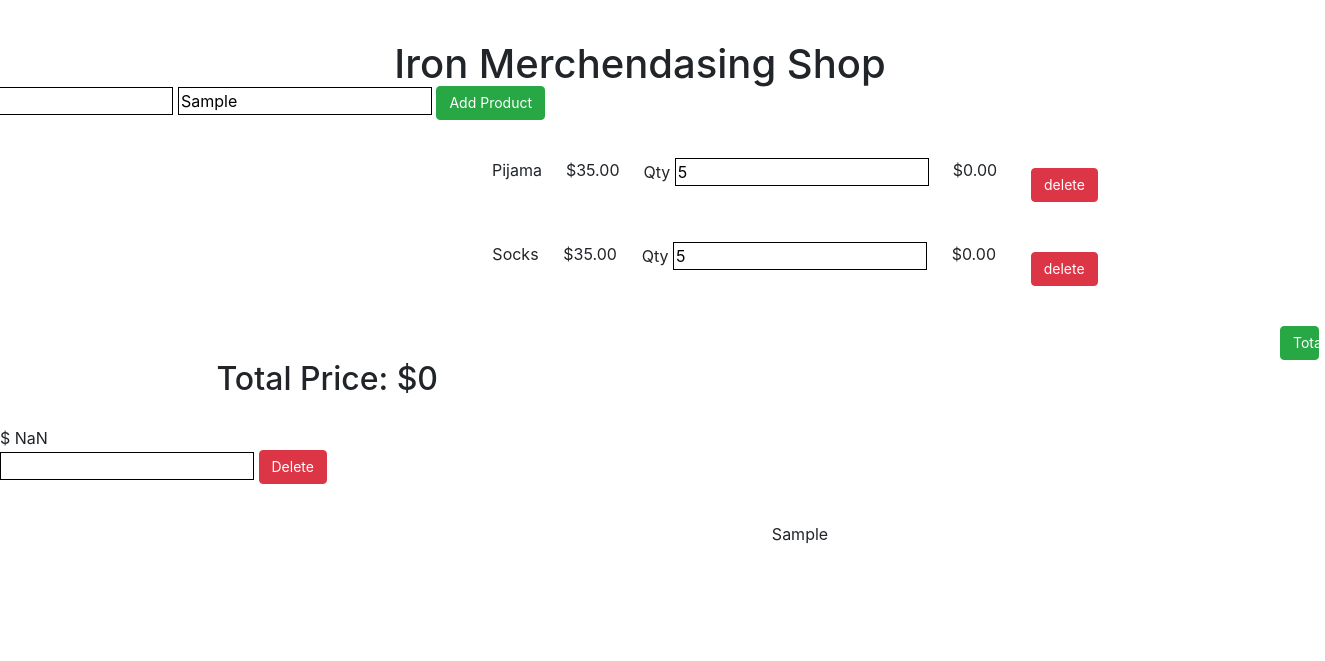
Repository: konstantin0s/lab-cart-DOM
Page: index.html
These files come from the project's save history. The page is drawn as it stood at one moment and after the next save; the edit follows.
The browser window is 1280 px wide. The page is 1325 px wide, so the pictures cover 1325 px, including what lies to the right of the window. The pictures show the whole page.
Empty fields were first filled with sample values (such as "Sample", 5 or name@example.com).
After loading, the first visible `#addNewProd` was submitted once.
Some web libraries are served in a nearby version.

Above is the page before, as saved 2019-02-04 10:41:34.
Console error: TypeError: Cannot set properties of null (setting 'onclick')

After the next save:
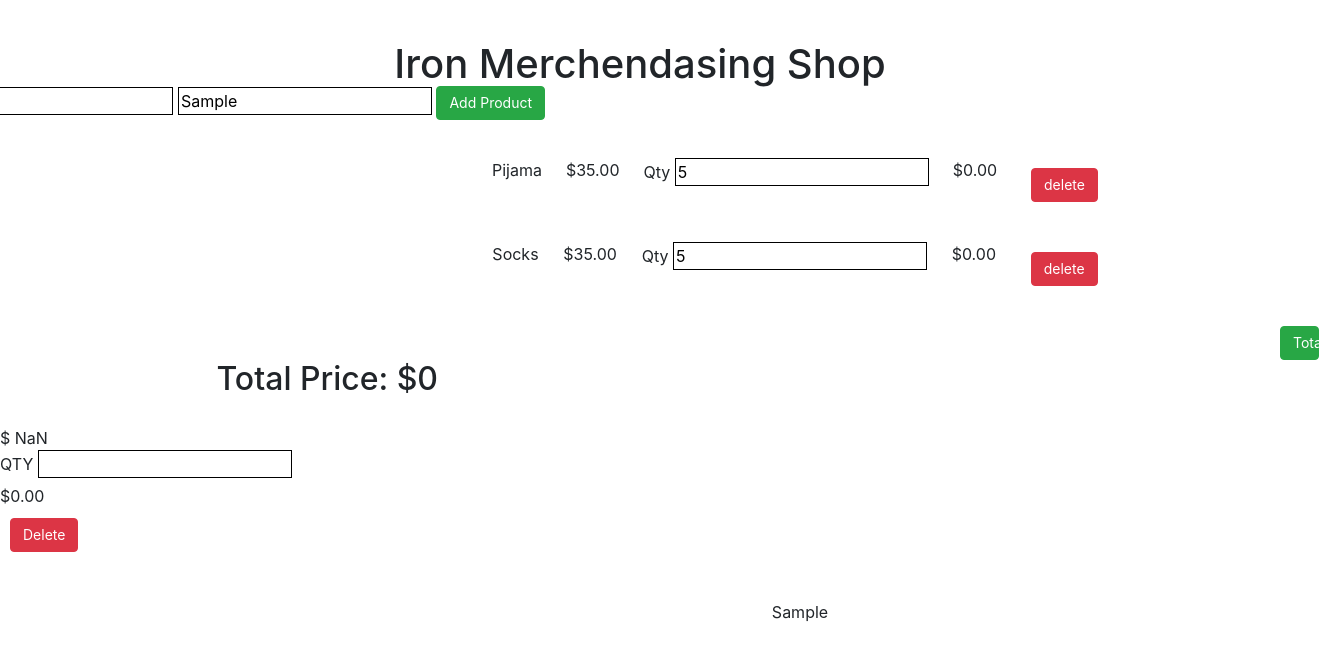
Saved 3 min 49 s later.
--- a/js/index.js
+++ b/js/index.js
@@ -136,8 +136,14 @@ divPrice.appendChild(spanPrice);
 // var products = document.querySelector("#product");
       var label = document.createElement("label");
           label.innerHTML = `
+        <label>QTY</label>
       <input type="number" name="quantity" class="quantity">
-      <button type="button" class="button btn-danger">Delete</button>
+      <div class="totalP">
+      $<span>0.00</span>
+      </div>
+      <div class="remove">
+      <button class="button btn-danger" type="button">Delete</button>
+      </div>
      `;
 
      prodList.appendChild(label);
